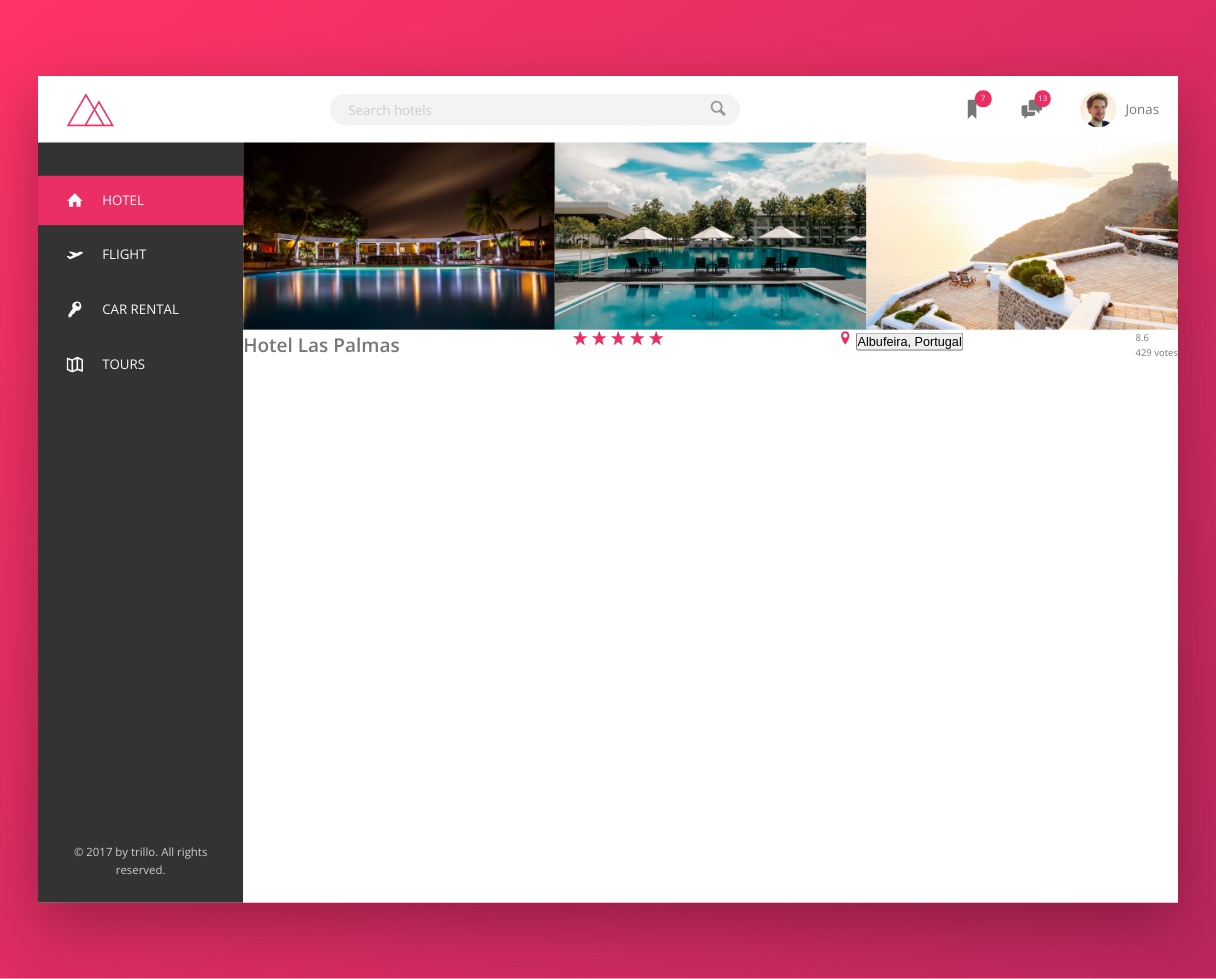
Repository: MalgorzataMazur/Trillo
Page: index.html
The author's editor kept a copy of each file at every save. The page is drawn from the files as they stood at one save, then again after the next save.
The browser window is 1280 px wide. The pictures show the whole page, at 95% of full size.
The style sheet was rebuilt from its Sass, Less or Tailwind sources for each picture, by a compiler version that may differ from the author's.

Above is the page before, as saved 2020-03-27 12:03:11.

After the next save:
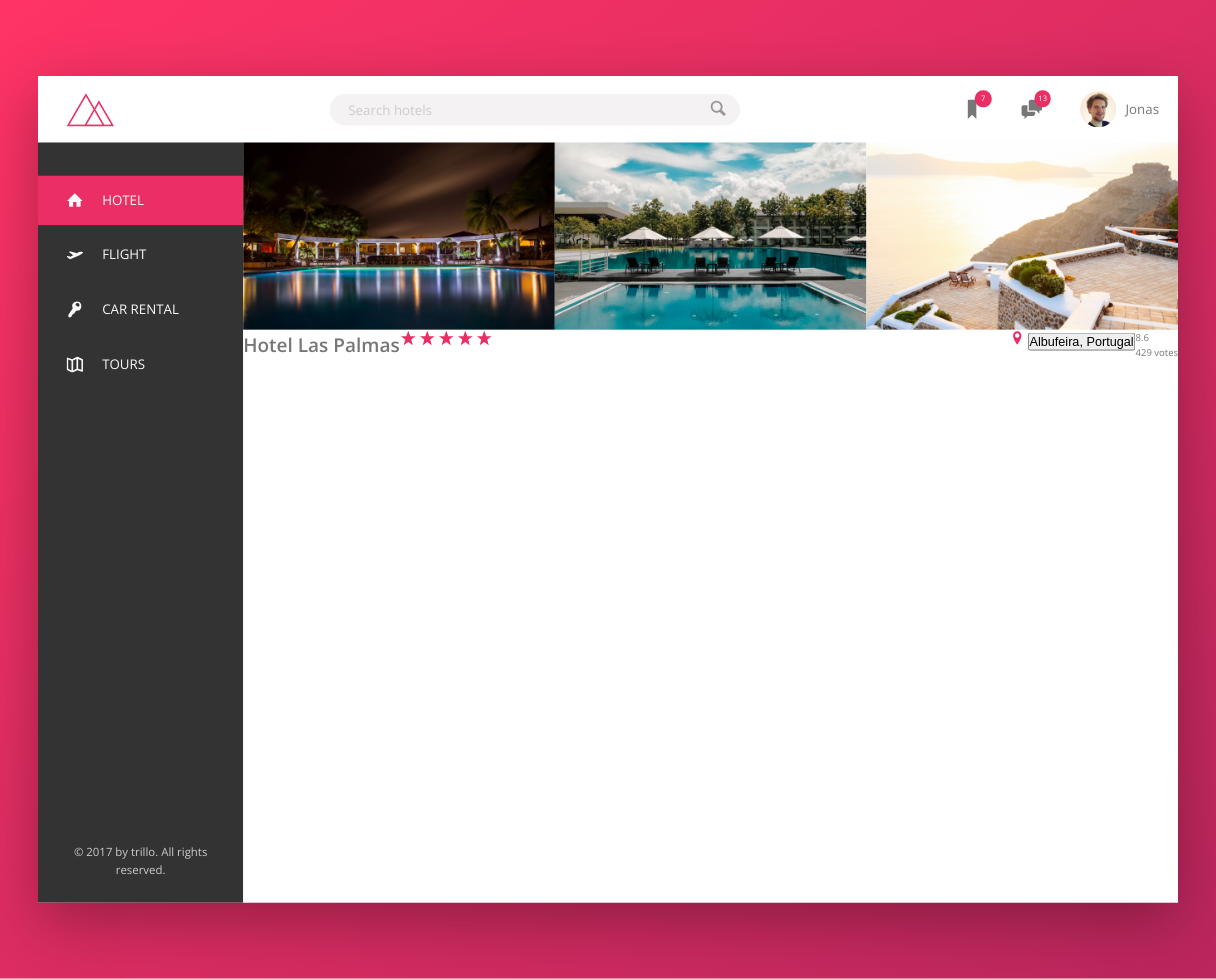
Saved 4 min 38 s later.
--- a/sass/_components.scss
+++ b/sass/_components.scss
@@ -211,14 +211,14 @@
 ////SIDE NAVIGATION
 .overview {
     display: flex;
-    justify-content: space-between; //evenly distribute all the elements along the main axis
+    // justify-content: space-between; //evenly distribute all the elements along the main axis
 
     &__heading {
 
     }
 
     &__stars {
-
+        margin-right: auto;
     }
 
     &__icon-star,
